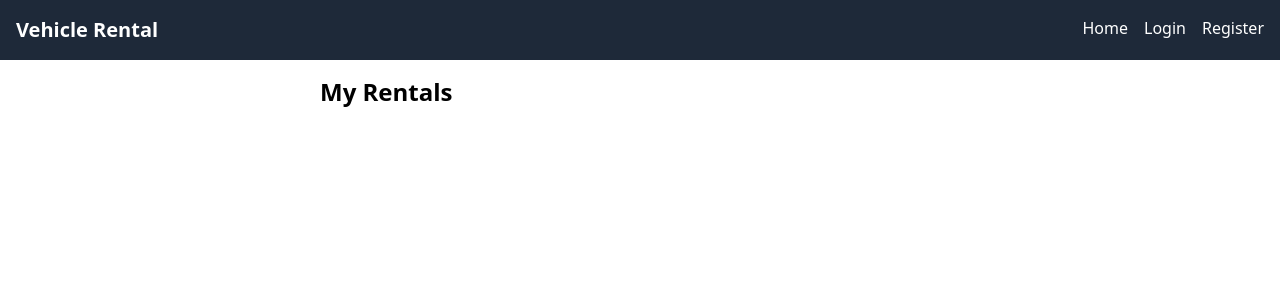
Repository: Sugan-g/vehicle-rental-system
Page: /rental-history (app in frontend/)
These files come from the project's save history. The page is drawn as it stood at one moment and after the next save; the edit follows.
The browser window is 1280 px wide. The pictures show the whole page.
The page's requests for data from a server got no answer. The project was rebuilt for these pictures with package versions that can differ from the ones it lists, and the page was loaded fresh each time. No one was signed in, and anything a server would have sent is missing. Also part of the build but not shown: frontend/vite.config.js, frontend/src/components/VehicleCard.jsx, frontend/src/pages/HomePage.jsx, frontend/src/components/BookingForm.jsx, frontend/src/components/ReviewForm.jsx, frontend/src/pages/VehiclePage.jsx, frontend/src/pages/LoginPage.jsx, frontend/src/pages/RegisterPage.jsx and 2 more.

Above is the page before, as saved 2025-10-26 19:54:27.

After the next save:
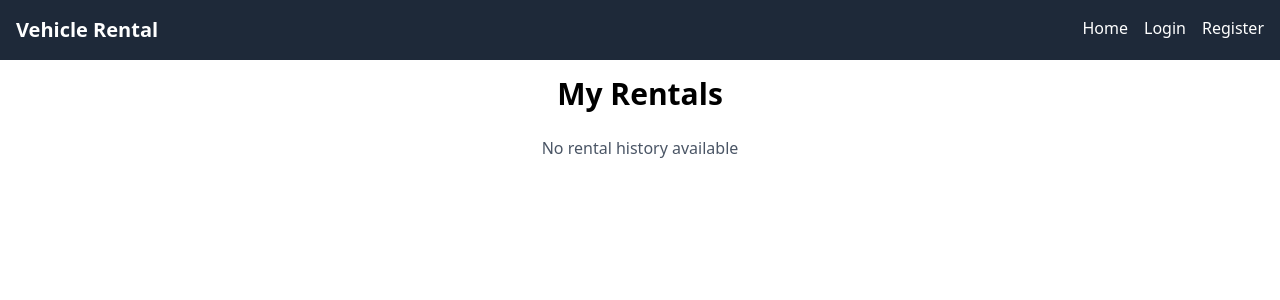
Saved 3 min 51 s later.
--- a/frontend/src/pages/RentalHistoryPage.jsx
+++ b/frontend/src/pages/RentalHistoryPage.jsx
@@ -13,15 +13,51 @@ export default function RentalHistoryPage() {
     }, []);
 
     return (
-        <div className="p-4 max-w-2xl mx-auto">
-            <h2 className="text-2xl font-bold mb-4">My Rentals</h2>
-            <ul>
-                {bookings.map(b => (
-                    <li key={b._id}>
-                        {b.vehicle.make} {b.vehicle.model} from {new Date(b.startDate).toDateString()} to {new Date(b.endDate).toDateString()} - ₹{b.amount} - {b.paymentStatus}
-                    </li>
-                ))}
-            </ul>
+        <div className="p-4 max-w-4xl mx-auto">
+            <h2 className="text-2xl sm:text-3xl font-bold mb-6 text-center">
+                My Rentals
+            </h2>
+
+            {bookings.length === 0 ? (
+                <p className="text-center text-gray-600">
+                    No rental history available
+                </p>
+            ) : (
+                <div className="grid gap-4 sm:grid-cols-2 lg:grid-cols-3">
+                    {bookings.map((b) => (
+                        <div
+                            key={b._id}
+                            className="bg-white p-4 shadow-md rounded-lg border hover:shadow-lg transition"
+                        >
+                            <h3 className="text-lg font-semibold text-gray-900">
+                                {b.vehicle.make} {b.vehicle.model}
+                            </h3>
+
+                            <p className="text-sm text-gray-700 mt-1">
+                                📍 {b.vehicle.location}
+                            </p>
+
+                            <div className="mt-2 text-sm text-gray-700">
+                                <p>
+                                    📅 {new Date(b.startDate).toLocaleDateString()} →{" "}
+                                    {new Date(b.endDate).toLocaleDateString()}
+                                </p>
+                                <p>💰 ₹{b.amount || "0"}</p>
+                            </div>
+
+                            <p
+                                className={`mt-2 font-medium ${
+                                    b.paymentStatus === "Paid"
+                                        ? "text-green-600"
+                                        : "text-orange-600"
+                                }`}
+                            >
+                                {b.paymentStatus}
+                            </p>
+                        </div>
+                    ))}
+                </div>
+            )}
         </div>
     );
 }
